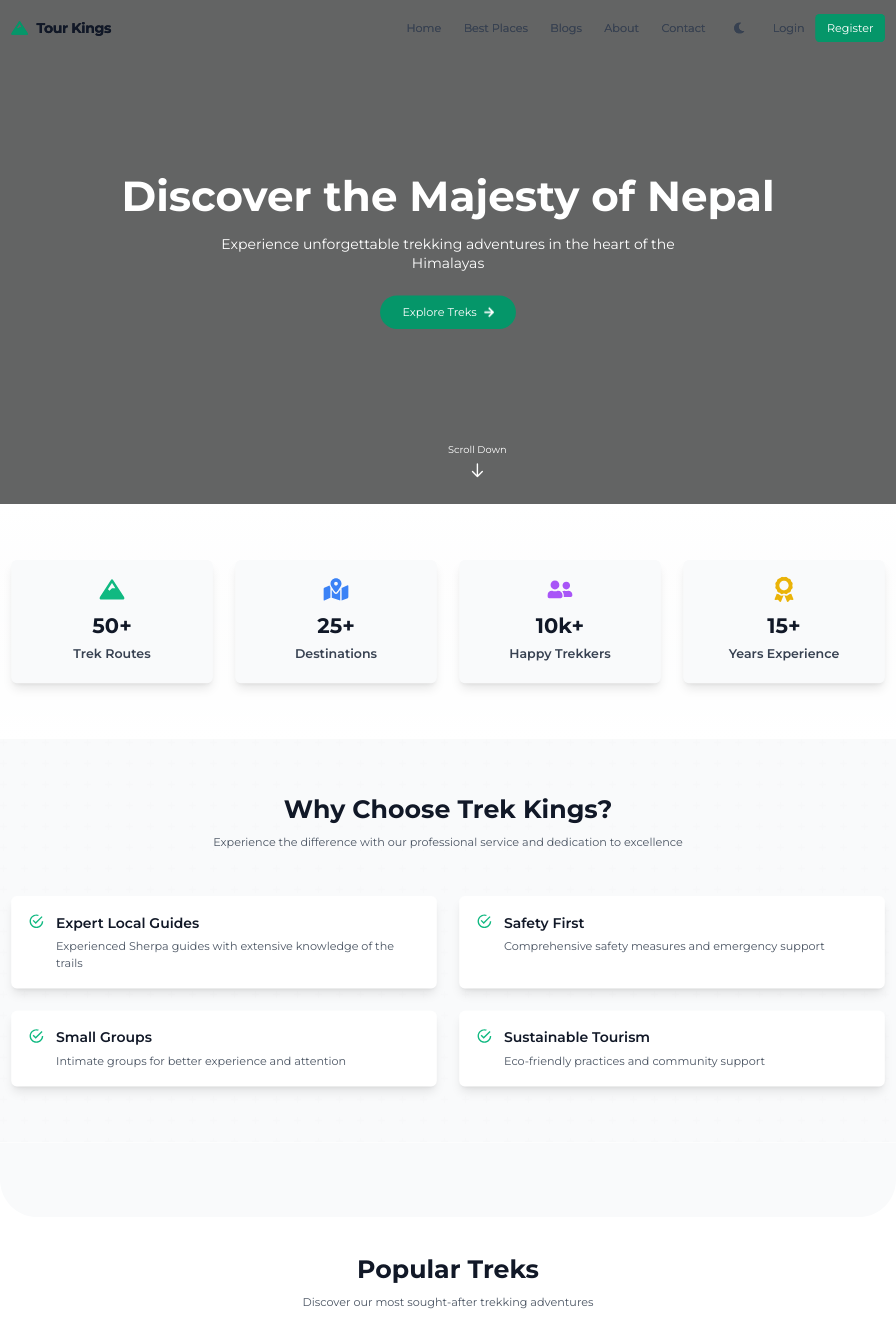
Repository: OnlyAmFo/TourMain
Page: / (app in Frontend/)
The author's editor kept a copy of each file at every save. The page is drawn from the files as they stood at one save, then again after the next save.
The browser window is 1280 px wide. The pictures show the part of the page from y = 0 to 1920 px (the page is 3319 px tall), at 70% of full size.
The project was rebuilt for these pictures with package versions that can differ from the ones it lists, and the page was loaded fresh each time. Also part of the build but not shown: Frontend/vite.config.js, Frontend/src/utils/notifications.js, Frontend/src/components/Auth/Login.jsx, Frontend/src/components/Auth/Register.jsx, Frontend/src/pages/Dashboard/Admin/AdminLayout.jsx, Frontend/src/components/Blogs/blogData.js, Frontend/src/components/Blogs/Blogs.jsx, Frontend/src/components/Booking/BookingSuccess.jsx and 33 more. Imported but missing from the stored project, and not drawn on this page: Frontend/src/assets/video/main.mp4.

Above is the page before, as saved 2025-04-17 19:09:18.

### Frontend/src/App.jsx
import React from "react";
import { BrowserRouter, Routes, Route } from "react-router-dom";
import { ToastContainer } from "react-toastify";
import "react-toastify/dist/ReactToastify.css";
import Layout from "./pages/Layout";
import AdminLayout from "./pages/Dashboard/Admin/AdminLayout";
import Home from "./pages/Home";
import Blogs from "./components/Blogs/Blogs";
import BestPlaces from "./components/Places/BestPlaces";
import PlacesRoute from "./components/Places/PlacesRoute";
import About from "./components/About/About";
import Contact from "./components/Contact/Contact";
import BlogDetails from "./components/Blogs/BlogDetails";
import { AuthProvider } from "./context/AuthContext";
import UserDashboard from "./pages/Dashboard/UserDashboard";
import ProtectedRoute from "./components/Auth/ProtectedRoute";
import AOS from "aos";
import "aos/dist/aos.css";
import AdminDashboard from "./pages/Dashboard/Admin/AdminDashboard";
import ScrollToTop from "./components/ScrollToTop";
import { ThemeProvider } from "./context/ThemeContext";
import TravelAssistant from "./components/AI/TravelAssistant";
import Navbar from "./components/Navbar/Navbar";
import Login from "./components/Auth/Login";
import Register from "./components/Auth/Register";
import Dashboard from "./pages/Dashboard/UserDashboard";
import TourSuggestions from "./components/Tours/TourSuggestions";
import TourDetails from "./components/Tours/TourDetails";

const App = () => {
  React.useEffect(() => {
    AOS.init({
      offset: 100,
      duration: 900,
      easing: "ease-in-sine",
      delay: 100,
    });
    AOS.refresh();
  }, []);

  return (
    <ThemeProvider>
      <AuthProvider>
        <BrowserRouter>
          <ScrollToTop />
          <Navbar />
          <Routes>
            <Route
              path="/admin"
              element={
                <ProtectedRoute adminOnly={true}>
                  <AdminLayout />
                </ProtectedRoute>
              }
            >
              <Route index element={<AdminDashboard />} />
            </Route>

            <Route path="/" element={<Layout />}>
              <Route index element={<Home />} />
              <Route path="blogs" element={<Blogs />} />
              <Route path="blogs/:id" element={<BlogDetails />} />
              <Route path="best-places" element={<BestPlaces />} />
              <Route path="about" element={<About />} />
              <Route path="contact" element={<Contact />} />
              <Route
                path="dashboard"
                element={
                  <ProtectedRoute>
                    <UserDashboard />
                  </ProtectedRoute>
                }
              />
              <Route path="places/*" element={<PlacesRoute />} />
            </Route>

            <Route path="/login" element={<Login />} />
            <Route path="/register" element={<Register />} />
            <Route path="/dashboard" element={<Dashboard />} />
            <Route path="/tours" element={<TourSuggestions />} />
            <Route path="/tours/:id" element={<TourDetails />} />
            <Route path="/travel-assistant" element={<TravelAssistant />} />
          </Routes>
          <ToastContainer
            position="top-right"
            autoClose={3000}
            hideProgressBar={false}
            newestOnTop
            closeOnClick
            rtl={false}
            pauseOnFocusLoss
            draggable
            pauseOnHover
          />
        </BrowserRouter>
      </AuthProvider>
    </ThemeProvider>
  );
};

export default App;

### Frontend/src/index.css
@import url('https://fonts.googleapis.com/css2?family=Montserrat:wght@400;500;600;700&display=swap');
@tailwind base;
@tailwind components;
@tailwind utilities;

@layer base {
  .active {
    @apply text-primary;
  }
}

@keyframes fade-in-down {
  from {
    opacity: 0;
    transform: translateY(-10px) translateX(-50%);
  }
  to {
    opacity: 1;
    transform: translateY(0) translateX(-50%);
  }
}

.animate-fade-in-down {
  animation: fade-in-down 0.5s ease-out;
}

/* Fix for scroll indicator overlap */
.scroll-indicator {
  position: absolute;
  left: 50%;
  transform: translateX(-50%);
  z-index: 10;
  padding: 1rem;
  cursor: pointer;
  animation: float 2s ease-in-out infinite;
}

.scroll-indicator:hover {
  animation: none; /* Stop the float animation on hover */
  transform: translateX(-50%) translateY(5px); /* Keep the hover effect */
}

/* Add a glow effect to make it more noticeable */
@keyframes glow {
  0% {
    filter: drop-shadow(0 0 2px rgba(255, 255, 255, 0.7));
  }
  50% {
    filter: drop-shadow(0 0 8px rgba(255, 255, 255, 0.9));
  }
  100% {
    filter: drop-shadow(0 0 2px rgba(255, 255, 255, 0.7));
  }
}

.scroll-indicator svg {
  animation: glow 3s ease-in-out infinite;
  transition: transform 0.3s ease;
}

.scroll-indicator:hover svg {
  transform: scale(1.1);
}

/* Add smooth scrolling to the whole page */
html {
  scroll-behavior: smooth;
}

/* Update trek highlights spacing */
.trek-highlights {
  margin-bottom: 2rem;
}

/* Add container max height */
.hero-content {
  max-height: calc(100vh - 10rem); /* Account for header and bottom space */
  overflow-y: auto;
  scrollbar-width: none; /* Firefox */
  -ms-overflow-style: none; /* IE and Edge */
}

.hero-content::-webkit-scrollbar {
  display: none; /* Chrome, Safari, Opera */
}

/* Add fade effect at the bottom */
.content-fade {
  position: relative;
}

.content-fade::after {
  content: '';
  position: absolute;
  bottom: 0;
  left: 0;
  right: 0;
  height: 100px;
  background: linear-gradient(to bottom, transparent, rgba(0, 0, 0, 0.5));
  pointer-events: none;
}

/* Update the scroll indicator animation */
@keyframes float {
  0% {
    transform: translateX(-50%) translateY(0);
  }
  50% {
    transform: translateX(-50%) translateY(10px);
  }
  100% {
    transform: translateX(-50%) translateY(0);
  }
}

/* Add these styles for better blog content formatting */
.prose h2 {
  @apply text-2xl font-bold text-gray-900 dark:text-white mt-8 mb-4;
}

.prose p {
  @apply text-gray-600 dark:text-gray-300 leading-relaxed mb-6;
}

.prose ul {
  @apply list-disc pl-6 text-gray-600 dark:text-gray-300 mb-6;
}

.prose li {
  @apply mb-2;
}

### Frontend/src/pages/Layout.jsx
import React, { useEffect } from "react";
import { useLocation } from "react-router-dom";
import Navbar from "../components/Navbar/Navbar";
import { Outlet } from "react-router-dom";
import Footer from "../components/Footer/Footer";

const Layout = () => {
  const { pathname } = useLocation();

  useEffect(() => {
    if (window.performance && window.performance.navigation.type === 1) {
      window.scrollTo(0, 0);
    }
  }, []);

  return (
    <>
      <Navbar />
      <main>
        <Outlet />
      </main>
      <Footer />
    </>
  );
};

export default Layout;

### Frontend/src/context/AuthContext.jsx
import React, { createContext, useState, useContext, useEffect } from "react";
import { authService } from "../services/auth";

const AuthContext = createContext(null);

export const AuthProvider = ({ children }) => {
  const [user, setUser] = useState(null);
  const [loading, setLoading] = useState(true);

  useEffect(() => {
    const user = authService.getCurrentUser();
    setUser(user);
    setLoading(false);
  }, []);

  const login = async (credentials) => {
    try {
      const response = await authService.login(credentials);
      setUser(response.user);
      return response;
    } catch (error) {
      throw error;
    }
  };

  const register = async (userData) => {
    const data = await authService.register(userData);
    setUser(data.user);
    return data;
  };

  const logout = () => {
    authService.logout();
    setUser(null);
  };

  return (
    <AuthContext.Provider value={{ user, login, register, logout, loading }}>
      {!loading && children}
    </AuthContext.Provider>
  );
};

export const useAuth = () => useContext(AuthContext);

### Frontend/src/components/ScrollToTop.jsx
import { useEffect } from "react";
import { useLocation } from "react-router-dom";

//this is used to smooth scrolling to top on new page
const ScrollToTop = () => {
  const { pathname } = useLocation();
  useEffect(() => window.scrollTo(0, 0), [pathname]);
  return null;
};

export default ScrollToTop;

### Frontend/src/context/ThemeContext.jsx
import React, { createContext, useContext, useEffect, useState } from "react";

const ThemeContext = createContext();

export const ThemeProvider = ({ children }) => {
  const [isDarkMode, setIsDarkMode] = useState(() => {
    const savedTheme = localStorage.getItem("theme");
    if (savedTheme) {
      return savedTheme === "dark";
    }
    // Check system preference if no saved theme
    return window.matchMedia("(prefers-color-scheme: dark)").matches;
  });

  useEffect(() => {
    const root = document.documentElement;
    if (isDarkMode) {
      root.classList.add("dark");
      localStorage.setItem("theme", "dark");
    } else {
      root.classList.remove("dark");
      localStorage.setItem("theme", "light");
    }
  }, [isDarkMode]);

  const toggleDarkMode = () => {
    setIsDarkMode((prev) => !prev);
  };

  return (
    <ThemeContext.Provider value={{ isDarkMode, toggleDarkMode }}>
      {children}
    </ThemeContext.Provider>
  );
};

export const useTheme = () => useContext(ThemeContext);

### Frontend/src/components/Navbar/Navbar.jsx
import React, { useState, useEffect } from "react";
import { Link, useLocation, useNavigate } from "react-router-dom";
import { motion, AnimatePresence } from "framer-motion";
import {
  FaUser,
  FaMountain,
  FaBars,
  FaTimes,
  FaChevronDown,
  FaMoon,
  FaSun,
  FaUserCog,
} from "react-icons/fa";
import { useAuth } from "../../context/AuthContext";
import Login from "../Auth/Login";
import Register from "../Auth/Register";
import { useTheme } from "../../context/ThemeContext";

const Navbar = () => {
  const [isScrolled, setIsScrolled] = useState(false);
  const [isMobileMenuOpen, setIsMobileMenuOpen] = useState(false);
  const [showLoginModal, setShowLoginModal] = useState(false);
  const [showRegisterModal, setShowRegisterModal] = useState(false);
  const [showUserMenu, setShowUserMenu] = useState(false);
  const { user, logout } = useAuth();
  const location = useLocation();
  const navigate = useNavigate();
  const { isDarkMode, toggleDarkMode } = useTheme();

  const darkRoutes = new Set([
    "/best-places",
    "/blogs",
    "/dashboard",
    "/about",
    "/contact",
  ]);
  const needsDarkNavbar = () => {
    return (
      darkRoutes.has(location.pathname) ||
      /^\/blogs\/\d+$/.test(location.pathname) ||
      /^\/places\/\d+$/.test(location.pathname)
    );
  };

  // Handle scroll effect
  useEffect(() => {
    const handleScroll = () => {
      setIsScrolled(window.scrollY > 20);
    };
    window.addEventListener("scroll", handleScroll);
    return () => window.removeEventListener("scroll", handleScroll);
  }, []);

  // Close mobile menu when route changes
  useEffect(() => {
    setIsMobileMenuOpen(false);
  }, [location]);

  const navLinks = [
    { path: "/", label: "Home" },
    { path: "/best-places", label: "Best Places" },
    { path: "/blogs", label: "Blogs" },
    { path: "/about", label: "About" },
    { path: "/contact", label: "Contact" },
  ];

  const handleLogout = () => {
    logout();
    setShowUserMenu(false);
    navigate("/");
  };

  // Determine navbar background style
  const getNavbarStyle = () => {
    if (isScrolled) {
      return "bg-white/95 dark:bg-gray-900/95 backdrop-blur-md shadow-lg border-b border-gray-200 dark:border-gray-800";
    }
    return "bg-transparent";
  };

  return (
    <nav
      className={`fixed w-full z-50 transition-all duration-300 ${getNavbarStyle()}`}
    >
      <div className="container mx-auto px-4">
        <div className="flex justify-between items-center h-20">
          {/* Logo */}
          <Link to="/" className="flex items-center space-x-3">
            <FaMountain className="text-2xl text-emerald-600" />
            <span className="text-xl font-bold tracking-tight text-gray-900 dark:text-white">
              Tour Kings
            </span>
          </Link>

          {/* Desktop Navigation */}
          <div className="hidden md:flex items-center space-x-8">
            {navLinks.map((link) => (
              <Link
                key={link.path}
                to={link.path}
                className={`text-gray-700 dark:text-gray-300 hover:text-emerald-600 dark:hover:text-emerald-400 transition-colors ${
                  location.pathname === link.path
                    ? "text-emerald-600 dark:text-emerald-400"
                    : ""
                }`}
              >
                {link.label}
              </Link>
            ))}

            {/* Theme Toggle */}
            <button
              onClick={toggleDarkMode}
              className="p-2 rounded-full hover:bg-gray-200 dark:hover:bg-gray-700 transition-colors"
              aria-label="Toggle theme"
            >
              {isDarkMode ? (
                <FaSun className="text-yellow-500" />
              ) : (
                <FaMoon className="text-gray-700" />
              )}
            </button>

            {/* User Menu */}
            {user ? (
              <div className="relative">
                <button
                  onClick={() => setShowUserMenu(!showUserMenu)}
                  className="flex items-center space-x-2 text-gray-700 dark:text-gray-300 hover:text-emerald-600 dark:hover:text-emerald-400"
                >
                  <FaUser />
                  <span>{user.name}</span>
                  <FaChevronDown className="text-xs" />
                </button>
                <AnimatePresence>
                  {showUserMenu && (
                    <motion.div
                      initial={{ opacity: 0, y: -10 }}
                      animate={{ opacity: 1, y: 0 }}
                      exit={{ opacity: 0, y: -10 }}
                      className="absolute right-0 mt-2 w-48 bg-white dark:bg-gray-800 rounded-md shadow-lg py-1"
                    >
                      <Link
                        to="/dashboard"
                        className="block px-4 py-2 text-sm text-gray-700 dark:text-gray-300 hover:bg-gray-100 dark:hover:bg-gray-700"
                      >
                        Dashboard
                      </Link>
                      <button
                        onClick={handleLogout}
                        className="block w-full text-left px-4 py-2 text-sm text-gray-700 dark:text-gray-300 hover:bg-gray-100 dark:hover:bg-gray-700"
                      >
                        Logout
                      </button>
                    </motion.div>
                  )}
                </AnimatePresence>
              </div>
            ) : (
              <div className="flex items-center space-x-4">
                <button
                  onClick={() => setShowLoginModal(true)}
                  className="text-gray-700 dark:text-gray-300 hover:text-emerald-600 dark:hover:text-emerald-400"
                >
                  Login
                </button>
                <button
                  onClick={() => setShowRegisterModal(true)}
                  className="bg-emerald-600 text-white px-4 py-2 rounded-md hover:bg-emerald-700 transition-colors"
                >
                  Register
                </button>
              </div>
            )}
          </div>

          {/* Mobile Menu Button */}
          <button
            onClick={() => setIsMobileMenuOpen(!isMobileMenuOpen)}
            className="md:hidden p-2 rounded-full hover:bg-gray-200 dark:hover:bg-gray-700 transition-colors"
          >
            {isMobileMenuOpen ? <FaTimes /> : <FaBars />}
          </button>
        </div>

        {/* Mobile Menu */}
        <AnimatePresence>
          {isMobileMenuOpen && (
            <motion.div
              initial={{ opacity: 0, height: 0 }}
              animate={{ opacity: 1, height: "auto" }}
              exit={{ opacity: 0, height: 0 }}
              className="md:hidden py-4"
            >
              <div className="flex flex-col space-y-4">
                {navLinks.map((link) => (
                  <Link
                    key={link.path}
                    to={link.path}
                    className={`text-gray-700 dark:text-gray-300 hover:text-emerald-600 dark:hover:text-emerald-400 transition-colors ${
                      location.pathname === link.path
                        ? "text-emerald-600 dark:text-emerald-400"
                        : ""
                    }`}
                  >
                    {link.label}
                  </Link>
                ))}
                <button
                  onClick={toggleDarkMode}
                  className="flex items-center space-x-2 text-gray-700 dark:text-gray-300 hover:text-emerald-600 dark:hover:text-emerald-400"
                >
                  {isDarkMode ? (
                    <>
                      <FaSun className="text-yellow-500" />
                      <span>Light Mode</span>
                    </>
                  ) : (
                    <>
                      <FaMoon className="text-gray-700" />
                      <span>Dark Mode</span>
                    </>
                  )}
                </button>
                {user ? (
                  <div className="flex flex-col space-y-2">
                    <Link
                      to="/dashboard"
                      className="text-gray-700 dark:text-gray-300 hover:text-emerald-600 dark:hover:text-emerald-400"
                    >
                      Dashboard
                    </Link>
                    <button
                      onClick={handleLogout}
                      className="text-gray-700 dark:text-gray-300 hover:text-emerald-600 dark:hover:text-emerald-400"
                    >
                      Logout
                    </button>
                  </div>
                ) : (
                  <div className="flex flex-col space-y-2">
                    <button
                      onClick={() => setShowLoginModal(true)}
                      className="text-gray-700 dark:text-gray-300 hover:text-emerald-600 dark:hover:text-emerald-400"
                    >
                      Login
                    </button>
                    <button
                      onClick={() => setShowRegisterModal(true)}
                      className="bg-emerald-600 text-white px-4 py-2 rounded-md hover:bg-emerald-700 transition-colors"
                    >
                      Register
                    </button>
                  </div>
                )}
              </div>
            </motion.div>
          )}
        </AnimatePresence>
      </div>

      {/* Login Modal */}
      <AnimatePresence>
        {showLoginModal && <Login onClose={() => setShowLoginModal(false)} />}
      </AnimatePresence>

      {/* Register Modal */}
      <AnimatePresence>
        {showRegisterModal && (
          <Register onClose={() => setShowRegisterModal(false)} />
        )}
      </AnimatePresence>
    </nav>
  );
};

export default Navbar;

Loaded but not shown: Frontend/index.html (common file); Frontend/src/main.jsx (common file); Frontend/src/services/api.js (52 lines, source omitted); Frontend/src/services/auth.js (31 lines, source omitted); Frontend/tailwind.config.js (20 lines, source omitted); Frontend/src/pages/Home.jsx (505 lines, source omitted); Frontend/src/components/Footer/Footer.jsx (147 lines, source omitted)

After the next save:
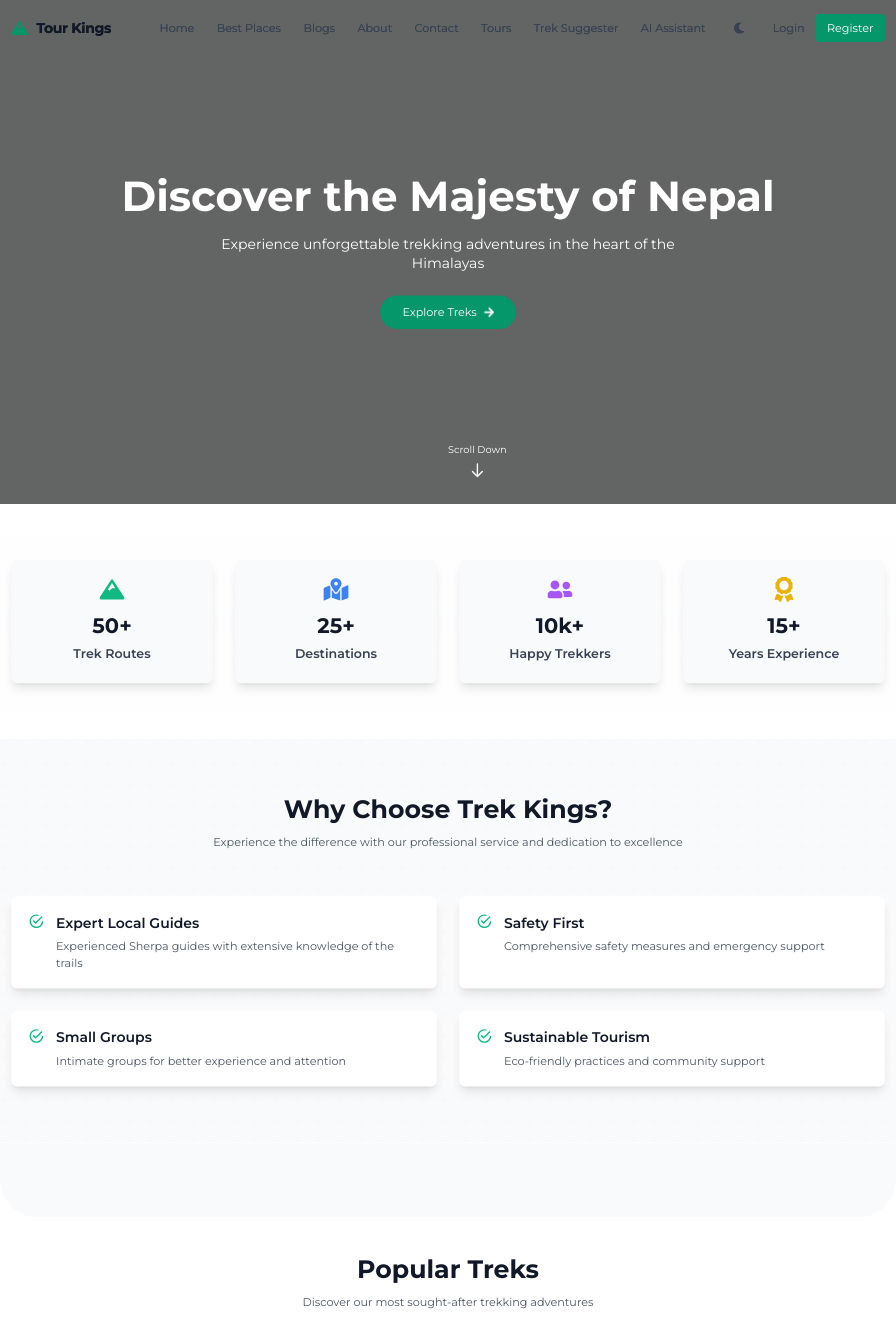
Saved 20 s later.
--- a/Frontend/src/components/Navbar/Navbar.jsx
+++ b/Frontend/src/components/Navbar/Navbar.jsx
@@ -62,6 +62,9 @@ const Navbar = () => {
     { path: "/blogs", label: "Blogs" },
     { path: "/about", label: "About" },
     { path: "/contact", label: "Contact" },
+    { path: "/tours", label: "Tours" },
+    { path: "/trek-suggester", label: "Trek Suggester" },
+    { path: "/chatbot", label: "AI Assistant" },
   ];
 
   const handleLogout = () => {
